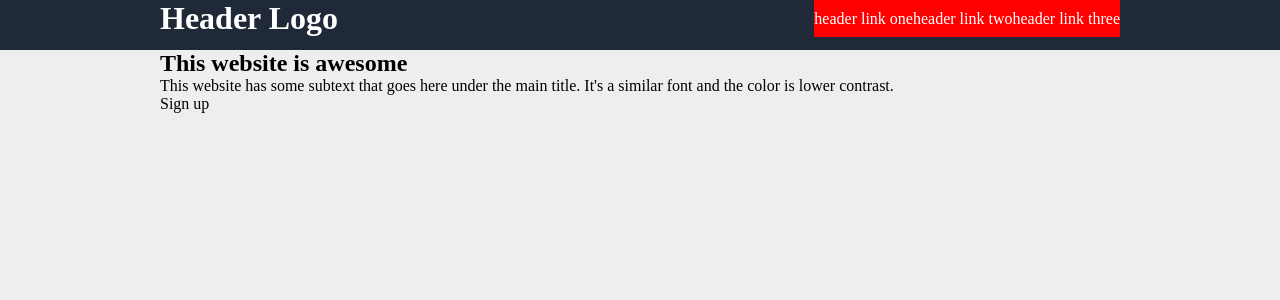
Repository: Pafestivo/Dummy-Landing-Page
Page: index.html
An editor plug-in stored every save of this project. The page is shown before and after the next save, followed by the edit.
The browser window is 1280 px wide. The pictures show the whole page.

Above is the page before, as saved 2022-09-26 17:46:10.

After the next save:
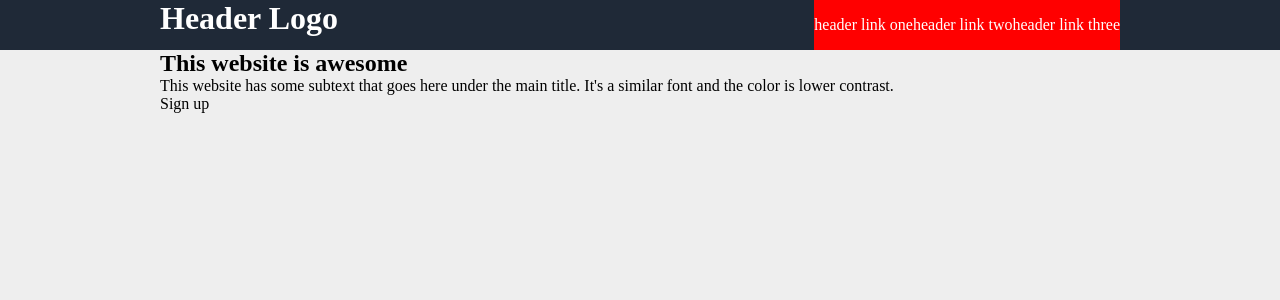
Saved 9 s later.
--- a/styles.css
+++ b/styles.css
@@ -33,7 +33,7 @@ header .container {
 
 header nav {
   display: flex;
-  min-height: 100%;
+  min-height: 50px;
   align-items: center;
   background-color: red;
 }
